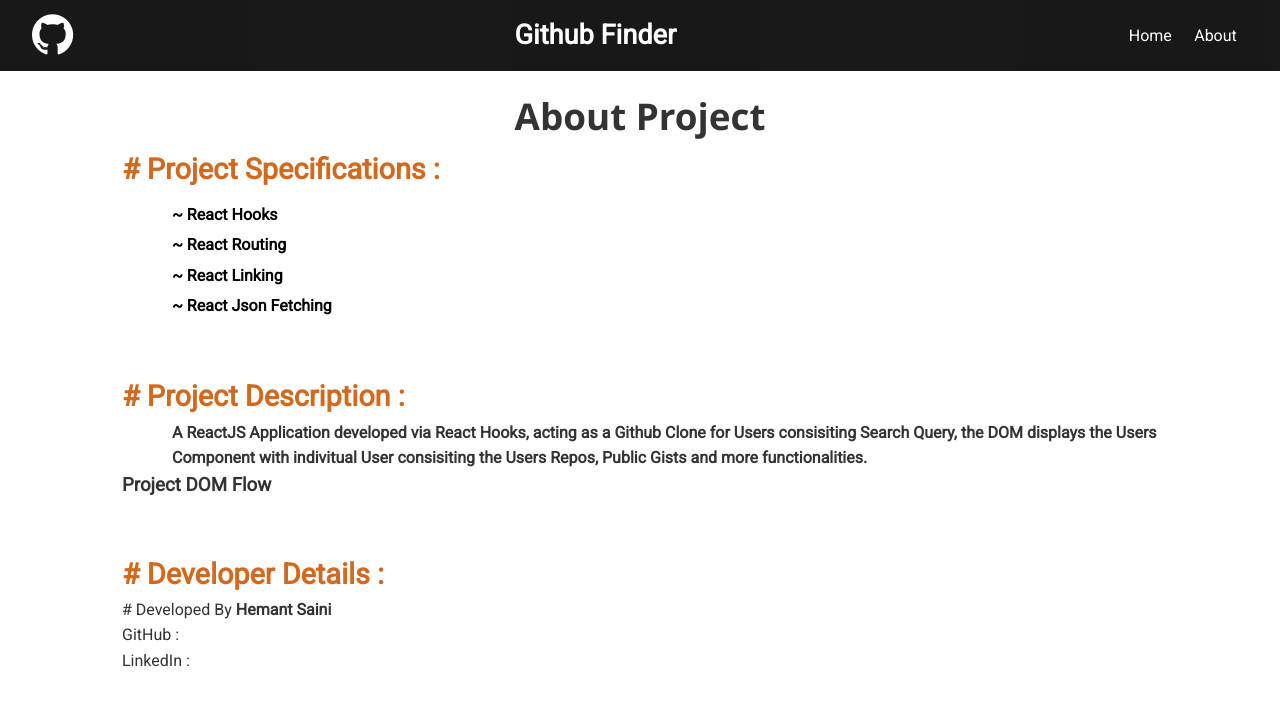
Repository: hemantsaini-7/ReactHooks-GitHub-Clone
Page: /about
The author's editor kept a copy of each file at every save. The page is drawn from the files as they stood at one save, then again after a run of saves.
The browser window is 1280 px wide. The pictures show the whole page.
The project was rebuilt for these pictures with package versions that can differ from the ones it lists, and the page was loaded fresh each time. Also part of the build but not shown: src/components/users/UserItem.js, src/components/layout/Spinner.js, src/components/users/Users.js, src/components/repos/RepoItem.js, src/components/repos/Repos.js, src/components/users/User.js, src/components/users/Search.js, src/components/layout/Alert.js.

Above is the page before, as saved 2020-08-06 10:32:06.

### public/index.html
<!DOCTYPE html>
<html lang="en">
  <head>
    <meta charset="utf-8" />
    <link rel="icon" href="%PUBLIC_URL%/favicon.ico" />
    <meta name="viewport" content="width=device-width, initial-scale=1" />
    <meta name="theme-color" content="#000000" />
    <meta
      name="description"
      content="Web site created using create-react-app"
    />
    <link rel="apple-touch-icon" href="%PUBLIC_URL%/logo192.png" />

    <link rel="manifest" href="%PUBLIC_URL%/manifest.json" />
    <link
      rel="stylesheet"
      href="https://stackpath.bootstrapcdn.com/font-awesome/4.7.0/css/font-awesome.min.css"
    />
    <title>React App</title>
  </head>
  <body>
    <noscript>You need to enable JavaScript to run this app.</noscript>
    <div id="root"></div>
  </body>
</html>

### src/App.js
import React, { Fragment, useState } from "react";
import "./App.css";
import { BrowserRouter as Router, Switch, Route } from "react-router-dom";
import Navbar from "./components/layout/Navbar";
import Users from "./components/users/Users";
import User from "./components/users/User";
import Search from "./components/users/Search";
import Alert from "./components/layout/Alert";
import About from "./components/pages/About";
import axios from "axios";
const App = () => {
  const [users, setUsers] = useState([]);
  const [user, setUser] = useState({});
  const [repos, setRepos] = useState([]);
  const [loading, setLoading] = useState(false);
  const [alert, setAlert] = useState(null);

  const searchUsers = async (text) => {
    //this.setState({ loading: true });
    setLoading(true);
    const res = await axios.get(
      `https://api.github.com/search/users?q=${text}&cliend_id=${process.env.REACT_APP_GITHUB_CLIENT_ID}&client_secret=${process.env.REACT_APP_GITHUB_CLIENT_SECRET}`
    );
    setUsers(res.data.items);
    setLoading(false);
  };

  const clearUsers = () => {
    setUsers([]);
    setLoading(false);
  };

  const showAlert = (msg, type) => {
    //this.setState({ alert: { msg, type } });
    setAlert({ msg, type });
    setTimeout(() => setAlert(null), 5000);
  };

  const getUser = async (username) => {
    setLoading(true);
    const res = await axios.get(
      `https://api.github.com/users/${username}?cliend_id=${process.env.REACT_APP_GITHUB_CLIENT_ID}&client_secret=${process.env.REACT_APP_GITHUB_CLIENT_SECRET}`
    );
    setUser(res.data);
    setLoading(false);
  };

  const getUserRepos = async (username) => {
    setLoading(true);
    const res = await axios.get(
      `https://api.github.com/users/${username}/repos?per_page=5&sort=created:asc&cliend_id=${process.env.REACT_APP_GITHUB_CLIENT_ID}&client_secret=${process.env.REACT_APP_GITHUB_CLIENT_SECRET}`
    );
    setRepos(res.data);
    setLoading(false);
  };

  return (
    <Router>
      <div className='App'>
        <Navbar title='Github Finder' />
        <div className='container'>
          <Alert alert={alert} />
          <Switch>
            <Route
              exact
              path='/'
              render={(props) => (
                <Fragment>
                  <Search
                    searchUsers={searchUsers}
                    clearUsers={clearUsers}
                    showClear={users.length > 0 ? true : false}
                    setAlert={showAlert}
                  />
                  <Users users={users} loading={loading} />
                </Fragment>
              )}
            />
            <Route exact path='/about' component={About} />
            <Route
              exact
              path='/user/:login'
              render={(props) => (
                <User
                  {...props}
                  getUser={getUser}
                  getUserRepos={getUserRepos}
                  repos={repos}
                  user={user}
                  loading={loading}
                />
              )}
            />
          </Switch>
        </div>
      </div>
    </Router>
  );
};

export default App;

### src/App.css
@import url("https://fonts.googleapis.com/css?family=Roboto");

/* Global Styles */
:root {
  --primary-color: #dc3545;
  --dark-color: #333333;
  --light-color: #f4f4f4;
  --danger-color: #dc3545;
  --success-color: #28a745;
}

* {
  box-sizing: border-box;
  margin: 0;
  padding: 0;
}

body {
  font-family: "Roboto", sans-serif;
  font-size: 1rem;
  line-height: 1.6;
  background-color: #fff;
  color: #333;
}

a {
  color: var(--primary-color);
  text-decoration: none;
}

a:hover {
  color: #666;
}

ul {
  list-style: none;
}

img {
  width: 100%;
}

/* Utilities */
.container {
  max-width: 1100px;
  margin: auto;
  overflow: hidden;
  padding: 0 2rem;
}

/* Text Styles*/
.x-large {
  font-size: 4rem;
  line-height: 1.2;
  margin-bottom: 1rem;
}

.large {
  font-size: 3rem;
  line-height: 1.2;
  margin-bottom: 1rem;
}

.lead {
  font-size: 1.5rem;
  margin-bottom: 1rem;
}

.text-center {
  text-align: center;
}

.text-primary {
  color: var(--primary-color);
}

.text-dark {
  color: var(--dark-color);
}

.text-success {
  color: var(--success-color);
}

.text-danger {
  color: var(--danger-color);
}

.text-center {
  text-align: center;
}

.text-right {
  text-align: right;
}

.text-left {
  text-align: left;
}

/* Center All */
.all-center {
  display: flex;
  flex-direction: column;
  width: 100%;
  margin: auto;
  justify-content: center;
  align-items: center;
  text-align: center;
}

/* Cards */
.card {
  padding: 1rem;
  border: #ccc 1px dotted;
  margin: 0.7rem 0;
}

/* List */
.list {
  margin: 0.5rem 0;
}

.list li {
  padding-bottom: 0.3rem;
}

/* Padding */
.p {
  padding: 0.5rem;
}
.p-1 {
  padding: 1rem;
}
.p-2 {
  padding: 2rem;
}
.p-3 {
  padding: 3rem;
}
.py {
  padding: 0.5rem 0;
}
.py-1 {
  padding: 1rem 0;
}
.py-2 {
  padding: 2rem 0;
}
.py-3 {
  padding: 3rem 0;
}

/* Margin */
.m {
  margin: 0.5rem;
}
.m-1 {
  margin: 1rem;
}
.m-2 {
  margin: 2rem;
}
.m-3 {
  margin: 3rem;
}
.my {
  margin: 0.5rem 0;
}
.my-1 {
  margin: 1rem 0;
}
.my-2 {
  margin: 2rem 0;
}
.my-3 {
  margin: 3rem 0;
}

/* Grid */
.grid-2 {
  display: grid;
  grid-template-columns: repeat(2, 1fr);
  grid-gap: 1rem;
}

.grid-3 {
  display: grid;
  grid-template-columns: repeat(3, 1fr);
  grid-gap: 1rem;
}

.grid-4 {
  display: grid;
  grid-template-columns: repeat(4, 1fr);
  grid-gap: 1rem;
}

.btn {
  display: inline-block;
  background: var(--light-color);
  color: #333;
  padding: 0.4rem 1.3rem;
  font-size: 1rem;
  border: none;
  cursor: pointer;
  margin-right: 0.5rem;
  transition: opacity 0.2s ease-in;
  outline: none;
}

.btn-link {
  background: none;
  padding: 0;
  margin: 0;
}

.btn-block {
  display: block;
  width: 100%;
}

.btn-sm {
  font-size: 0.8rem;
  padding: 0.3rem 1rem;
  margin-right: 0.2rem;
}

.badge {
  display: inline-block;
  font-size: 0.8rem;
  padding: 0.2rem 0.7rem;
  text-align: center;
  margin: 0.3rem;
  background: var(--light-color);
  color: #333;
  border-radius: 5px;
}

.alert {
  padding: 0.7rem;
  margin: 1rem 0;
  opacity: 0.9;
  background: var(--light-color);
  color: #333;
}

.btn-primary,
.bg-primary,
.badge-primary,
.alert-primary {
  background: var(--primary-color);
  color: #fff;
}

.btn-light,
.bg-light,
.badge-light,
.alert-light {
  background: var(--light-color);
  color: #333;
}

.btn-dark,
.bg-dark,
.badge-dark,
.alert-dark {
  background: var(--dark-color);
  color: #fff;
}

.btn-danger,
.bg-danger,
.badge-danger,
.alert-danger {
  background: var(--danger-color);
  color: #fff;
}

.btn-success,
.bg-success,
.badge-success,
.alert-success {
  background: var(--success-color);
  color: #fff;
}

.btn-white,
.bg-white,
.badge-white,
.alert-white {
  background: #fff;
  color: #333;
  border: #ccc solid 1px;
}

.btn:hover {
  opacity: 0.8;
}

.bg-light,
.badge-light {
  border: #ccc solid 1px;
}

.round-img {
  border-radius: 50%;
}

/* Forms */
input {
  margin: 1.2rem 0;
}

.form-text {
  display: block;
  margin-top: 0.3rem;
  color: #888;
}

input[type="text"],
input[type="email"],
input[type="password"],
input[type="date"],
select,
textarea {
  display: block;
  width: 100%;
  padding: 0.4rem;
  font-size: 1.2rem;
  border: 1px solid #ccc;
}

input[type="submit"],
button {
  font: inherit;
}

table th,
table td {
  padding: 1rem;
  text-align: left;
}

table th {
  background: var(--light-color);
}

/* Navbar */
.navbar {
  display: flex;
  justify-content: space-between;
  align-items: center;
  padding: 0.7rem 2rem;
  z-index: 1;
  width: 100%;
  opacity: 0.9;
  margin-bottom: 1rem;
}

.navbar ul {
  display: flex;
}

.navbar a {
  color: #fff;
  padding: 0.45rem;
  margin: 0 0.25rem;
}

.navbar a:hover {
  color: var(--light-color);
}

.navbar .welcome span {
  margin-right: 0.6rem;
}
.bg-black {
  background: #000;
  color: #fff;
}
.nav-head {
  font-size: 1.7rem;
  /* margin-left: 100px; */
}
.s-field {
  border-radius: 10px;
  box-shadow: inset 0px 0px 10px #ccc;
}
.s-field:focus {
  outline: none;
}
.about-head {
  text-align: center;
  font-weight: bold;
  font-size: 2.3rem;
  font-family: "Segoe UI", Tahoma, Geneva, Verdana, sans-serif;
}
.content-div {
  margin-bottom: 50px;
}
.content-head {
  font-weight: bold;
  font-size: 1.8rem;
  color: chocolate;
}
.content-para {
  margin-left: 50px;
  font-weight: bold;
}
.list {
  margin: 10px 50px;
}
.list-item {
  color: #000;
  font-weight: bold;
}
/* Mobile Styles */
@media (max-width: 700px) {
  .hide-sm {
    display: none;
  }

  .grid-2,
  .grid-3,
  .grid-4 {
    grid-template-columns: 1fr;
  }

  /* Text Styles */
  .x-large {
    font-size: 3rem;
  }

  .large {
    font-size: 2rem;
  }

  .lead {
    font-size: 1rem;
  }

  /* Navbar */
  .navbar {
    display: block;
    text-align: center;
  }

  .navbar ul {
    text-align: center;
    justify-content: center;
  }
}

### src/components/layout/Navbar.js
import React from "react";
import { Link } from "react-router-dom";
function Navbar(props) {
  return (
    <nav className='navbar bg-black '>
      <span>
        <i className='fa fa-github fa-3x'></i>
      </span>
      <h3 className='nav-head'>{props.title}</h3>
      <ul>
        <li>
          <Link to='/'>Home</Link>
        </li>
        <li>
          <Link to='/about'>About</Link>
        </li>
      </ul>
    </nav>
  );
}

export default Navbar;

### src/components/pages/About.js
import React from "react";

const About = () => {
  return (
    <div className='about-div'>
      <h1 className='about-head'>About Project</h1>
      <div className='content-div'>
        <h1 className='content-head'># Project Specifications :</h1>
        <ul className='list'>
          <li className='list-item'>~ React Hooks</li>
          <li className='list-item'>~ React Routing</li>
          <li className='list-item'>~ React Linking</li>
          <li className='list-item'>~ React Json Fetching</li>
        </ul>
      </div>
      <div className='content-div'>
        <h1 className='content-head'># Project Description :</h1>
        <p className='content-para'>
          A ReactJS Application developed via React Hooks, acting as a Github
          Clone for Users consisiting Search Query, the DOM displays the Users
          Component with indivitual User consisiting the Users Repos, Public
          Gists and more functionalities.
        </p>
        <h3>Project DOM Flow</h3>
        {/* <img src= /> */}
      </div>
      <div className='content-div'>
        <h1 className='content-head'># Developer Details :</h1>
        <p>
          # Developed By <strong>Hemant Saini</strong>
        </p>
        <p>GitHub :</p>
        <p>LinkedIn :</p>
      </div>
    </div>
  );
};
export default About;

Loaded but not shown: src/index.js (common file)

After the next 2 saves:
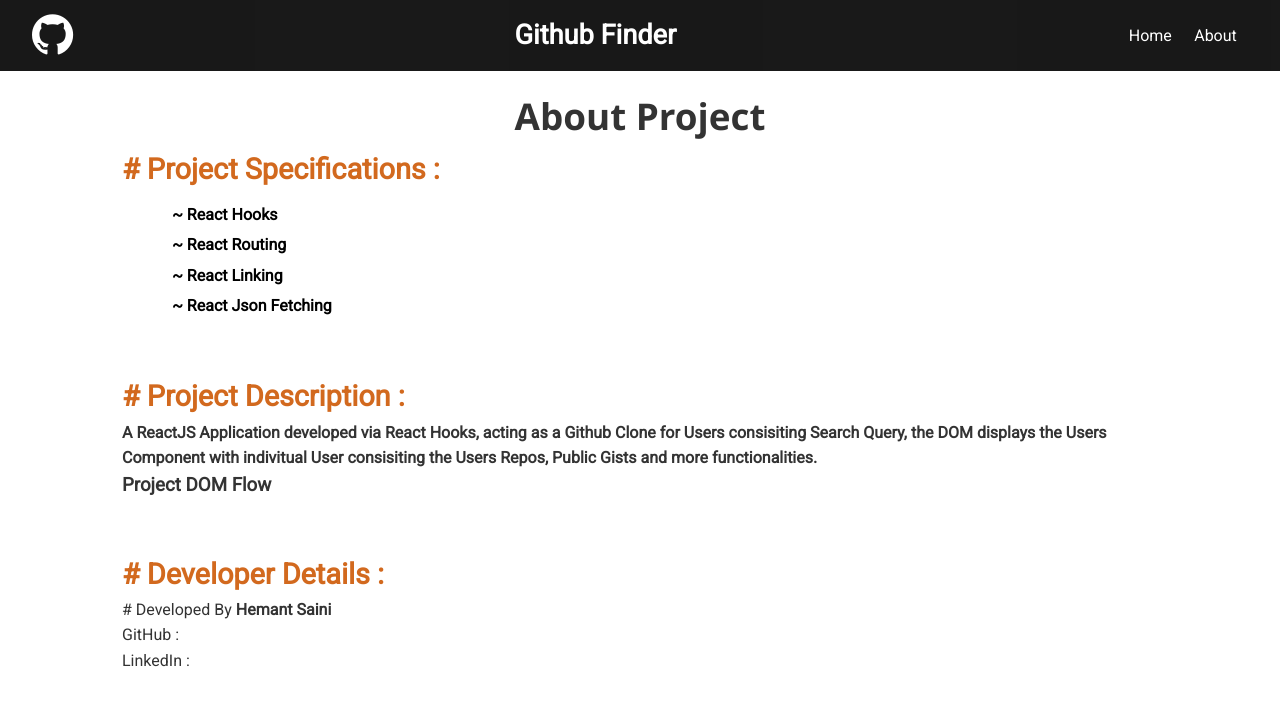
The 2 saves are shown as one change because they came seconds apart.
The last was saved 27 s later.
--- a/src/App.css
+++ b/src/App.css
@@ -405,7 +405,7 @@
   color: chocolate;
 }
 .content-para {
-  margin-left: 50px;
+  margin-left: 10px 50px;
   font-weight: bold;
 }
 .list {
